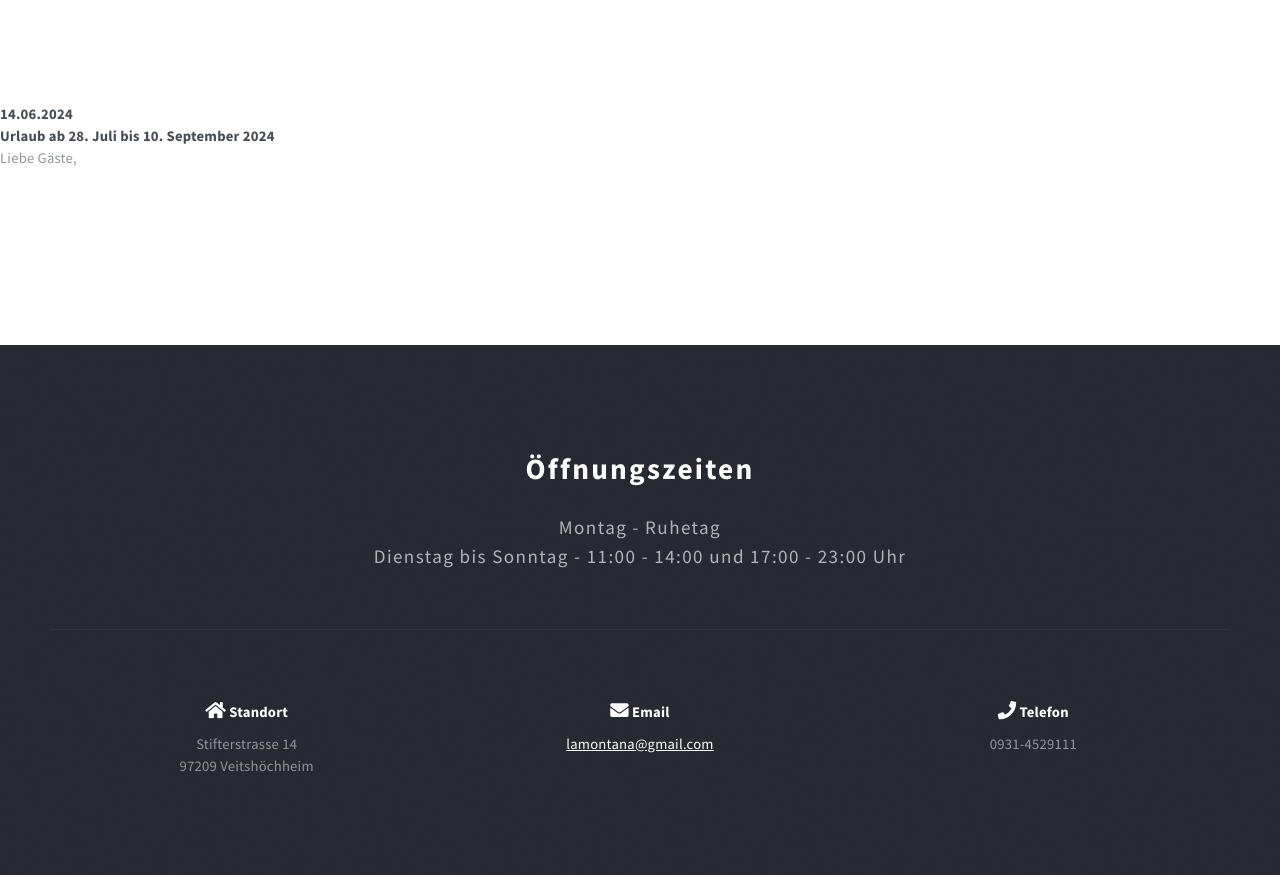
Repository: restaurantlamontana/restaurantlamontana.github.io
Page: blog.html
The author's editor kept a copy of each file at every save. The page is drawn from the files as they stood at one save, then again after the next save.
The browser window is 1280 px wide. The pictures show the part of the page from y = 352 to 1249 px (the page is 1227 px tall before and 1249 px after).

Above is the page before, as saved 2024-07-14 18:15:27.

### blog.html
<!DOCTYPE HTML>
<!--
	Escape Velocity by HTML5 UP
	html5up.net | @ajlkn
	Free for personal and commercial use under the CCA 3.0 license (html5up.net/license)
-->
<html>
	<head>
		<title>La Montana - Blog</title>
		<meta charset="utf-8" />
		<meta name="viewport" content="width=device-width, initial-scale=1, user-scalable=no" />
		<link rel="stylesheet" href="assets/css/main.css" />
	</head>
	<body class="right-sidebar is-preload">
		<div id="page-wrapper">
			<!-- Header -->
			<section id="header" class="wrapper">
			  <!-- Logo -->
			  <div id="logo">
				<h1><a href="index.html">La Montana</a></h1>
				<p>Restaurant</p>
			  </div>

			  <!-- Nav -->
			  <nav id="nav">
				<ul>
				  <li class="current"><a href="index.html">Home</a></li>
				  <li><a href="assets/Speisekarte_Scan.pdf" target="_blank">Speisekarte</a></li>
				  <li><a href="blog.html">Blog</a></li>
				</ul>
			  </nav>
			</section>
				</section>

			<!-- Main -->
				<section id="main" class="wrapper style2">
					<div>
						<br><br>
						<h6>14.06.2024</h6>
						<h1><bold>Urlaub ab 28. Juli bis 10. September 2024</bold></h1>
						<p>
							Liebe Gäste,


						</p>
						<br><br>
					</div>
				</section>

		<!-- Footer -->
		<section id="footer" class="wrapper">
			<div class="container">
				<header class="style1">
					<h2>Öffnungszeiten</h2>
					<p>
						Montag - Ruhetag <br />
						Dienstag bis Sonntag - 11:00 - 14:00 und 17:00 - 23:00 Uhr
					</p>
				</header>
				<div class="flex-container">
					<div class="flex-item">
						<h3 class="icon solid fa-home">   Standort</h3>
						<p>
							Stifterstrasse 14<br />
							97209 Veitshöchheim<br />
						</p>
					</div>
					<div class="flex-item">
						<h3 class="icon solid fa-envelope">   Email</h3>
						<p>
							<a href="#">lamontana@gmail.com</a>
						</p>
					</div>
					<div class="flex-item">
						<h3 class="icon solid fa-phone">   Telefon</h3>
						<p>0931-4529111</p>
					</div>
				</div>
			</div>
		</section>
	</body>
	</html>

Loaded but not shown: assets/css/fontawesome-all.min.css (library); assets/css/main.css (3135 lines, source omitted)

After the next save:
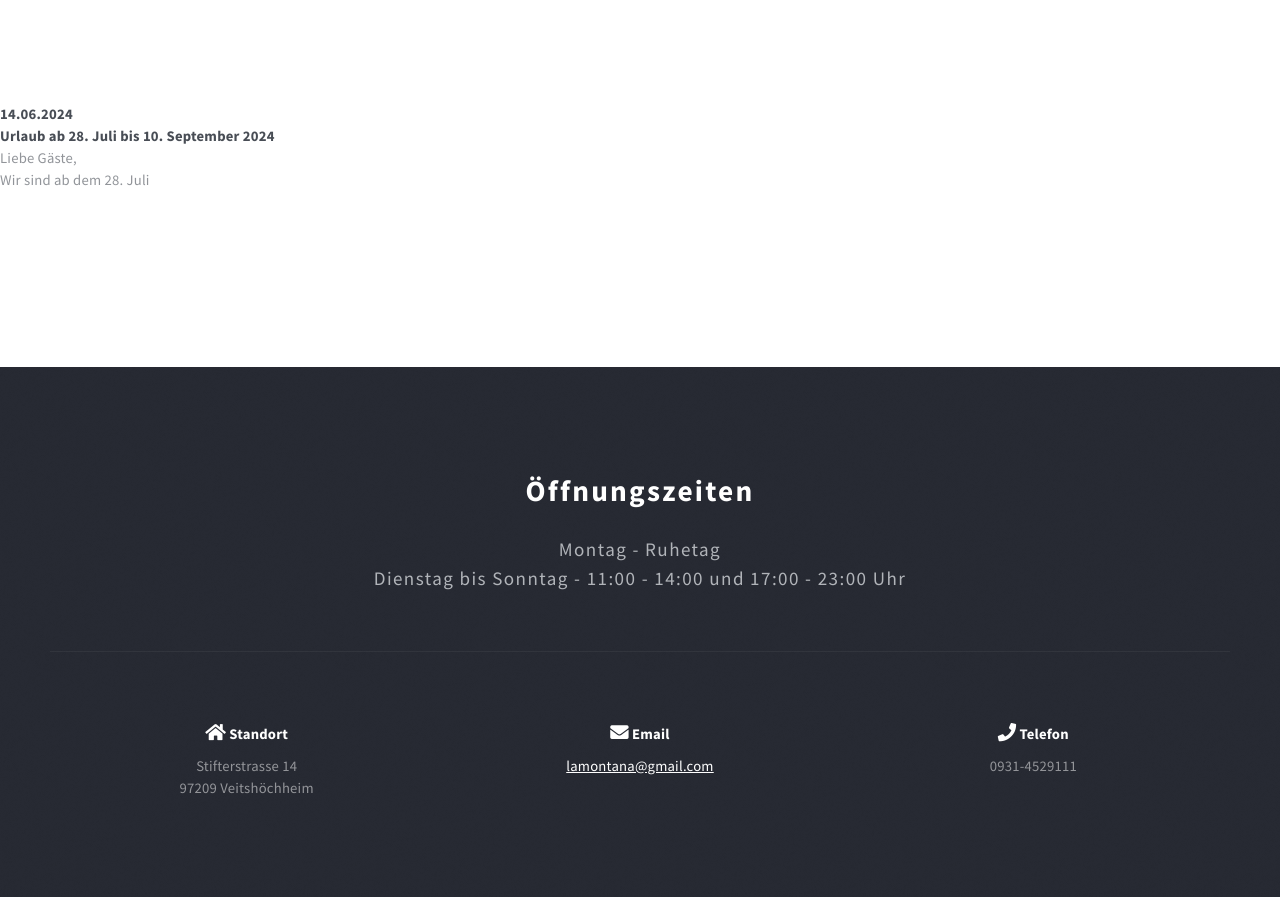
Saved 8 s later.
--- a/blog.html
+++ b/blog.html
@@ -40,7 +40,8 @@
 						<h1><bold>Urlaub ab 28. Juli bis 10. September 2024</bold></h1>
 						<p>
 							Liebe Gäste,
-
+							<br>
+							Wir sind ab dem 28. Juli
 
 						</p>
 						<br><br>
